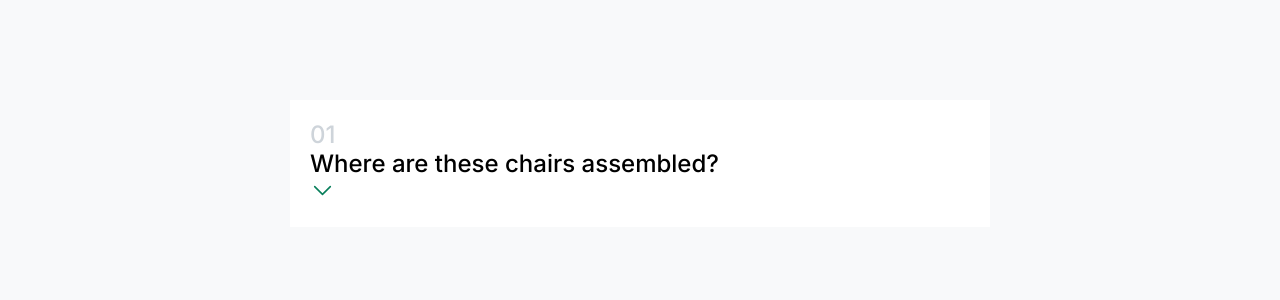
Repository: Ahmed123rezk123/06-Components
Page: accordion.html
These files come from the project's save history. The page is drawn as it stood at one moment and after the next save; the edit follows.
The browser window is 1280 px wide. The pictures show the whole page.

Above is the page before, as saved 2024-09-16 02:47:46.

After the next save:
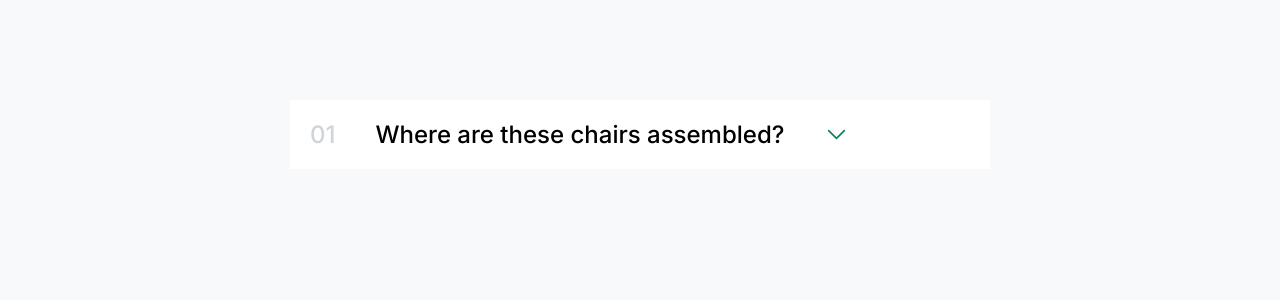
Saved 39 s later.
--- a/accordion.css
+++ b/accordion.css
@@ -18,6 +18,8 @@ body {
 .item {
   background-color: #fff;
   padding: 20px 20px;
+  display: flex;
+  gap: 40px;
 }
 .number,
 .text {
